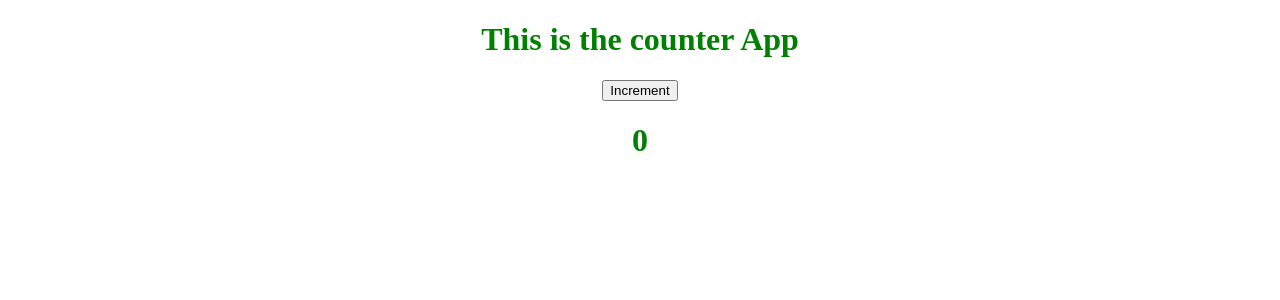
Repository: Gauravyadav678/GcounterApp
Page: / (app in gcounter/)
These files come from the project's save history. The page is drawn as it stood at one moment and after the next save; the edit follows.
The browser window is 1280 px wide. The pictures show the whole page.
The project was rebuilt for these pictures with package versions that can differ from the ones it lists, and the page was loaded fresh each time. Also part of the build but not shown: gcounter/src/index.css.

Above is the page before, as saved 2024-10-22 17:25:23.

After the next save:
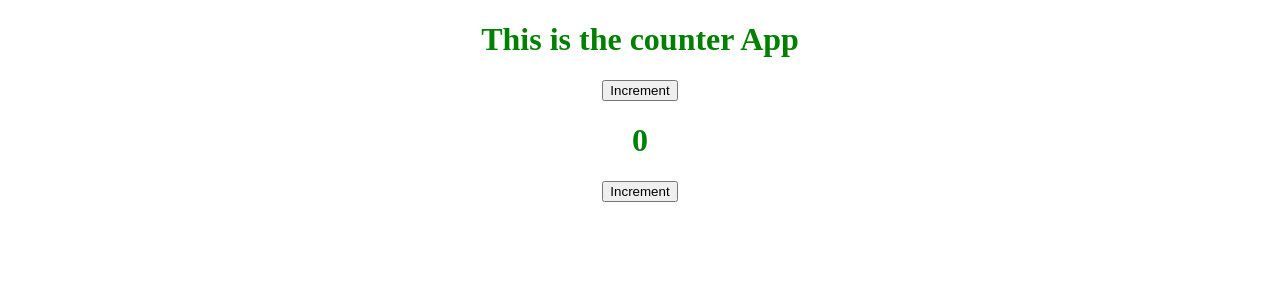
Saved 2 h 2 min later.
--- a/gcounter/src/App.js
+++ b/gcounter/src/App.js
@@ -12,7 +12,8 @@ function App() {
 
        <button>Increment {<Increment/>}</button>
       <MainValue/>
-      <Decrement/>
+      <button>Increment { <Decrement/>}</button>
+
       </>
     </div>
   );
